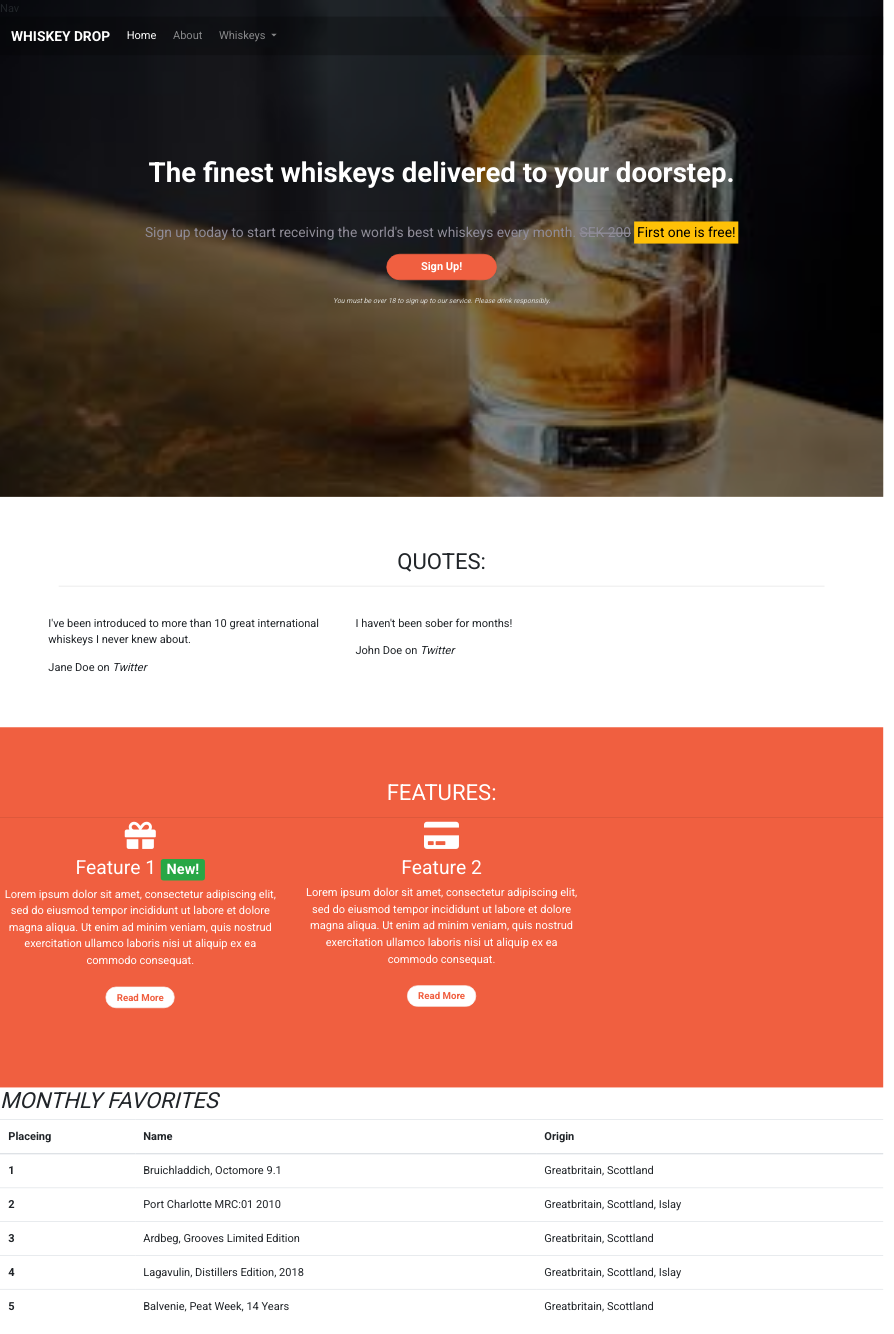
Repository: Jadehammar/Whiskey-drop
Page: index.html
The author's editor kept a record of every edit. The page is drawn from the files as they stood at one moment, then again after the next edit.
The browser window is 1280 px wide. The page is 1295 px wide, so the pictures cover 1295 px, including what lies to the right of the window. The pictures show the whole page, at 69% of full size.
Backgrounds fixed to the window are drawn as part of the page. Some web libraries are served in a nearby version.

Above is the page before.

After the next edit:
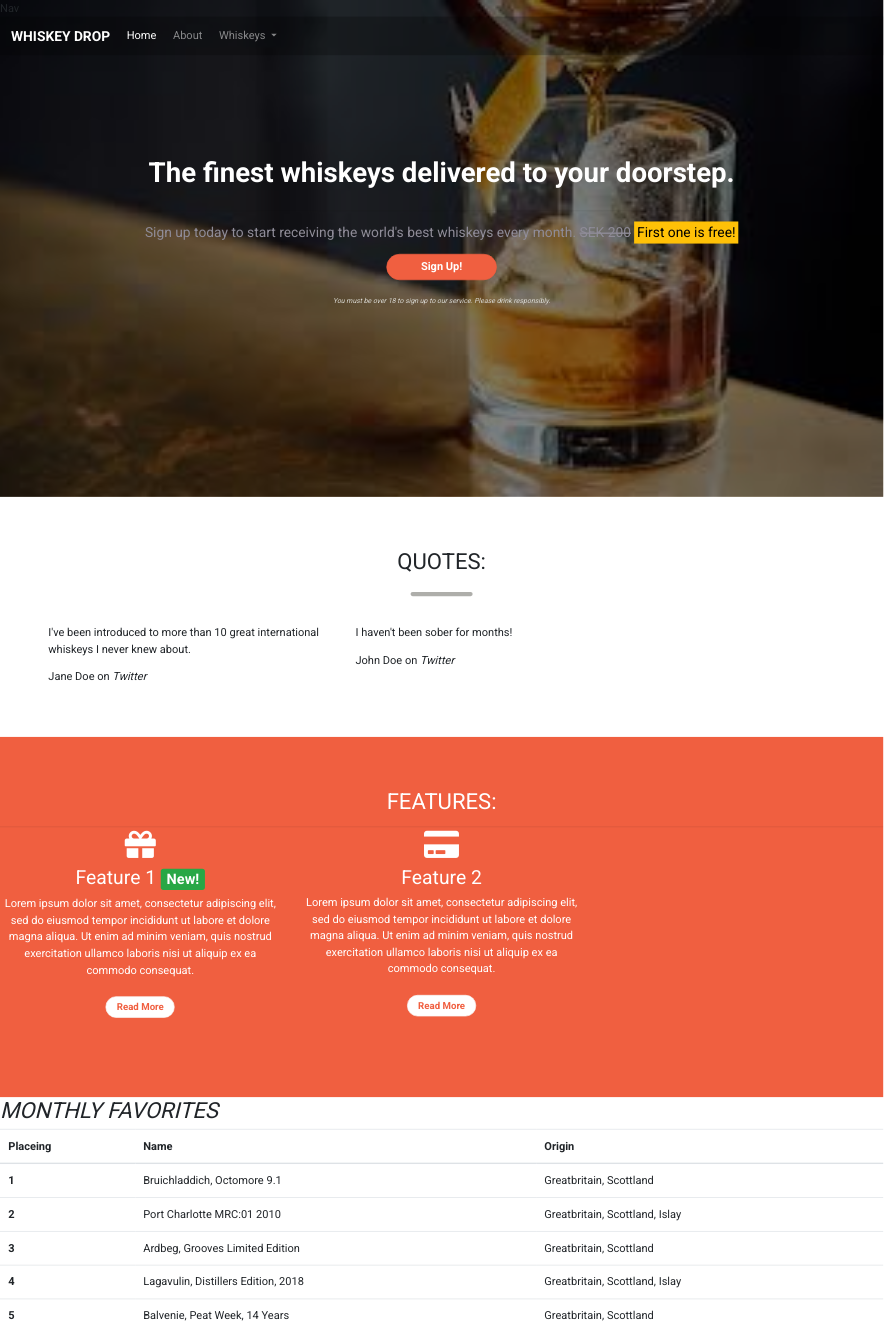
The edit:
--- a/index.html
+++ b/index.html
@@ -84,7 +84,7 @@
             <div class="row">
                 <div class="col-12 page-header">
                     <h2 class="text-uppercase">Quotes:</h2>
-                    <hr class="-divider -divider--short"
+                    <hr class="block-divider block-divider--short"
                 </div>
             </div>
             <div class="row">
